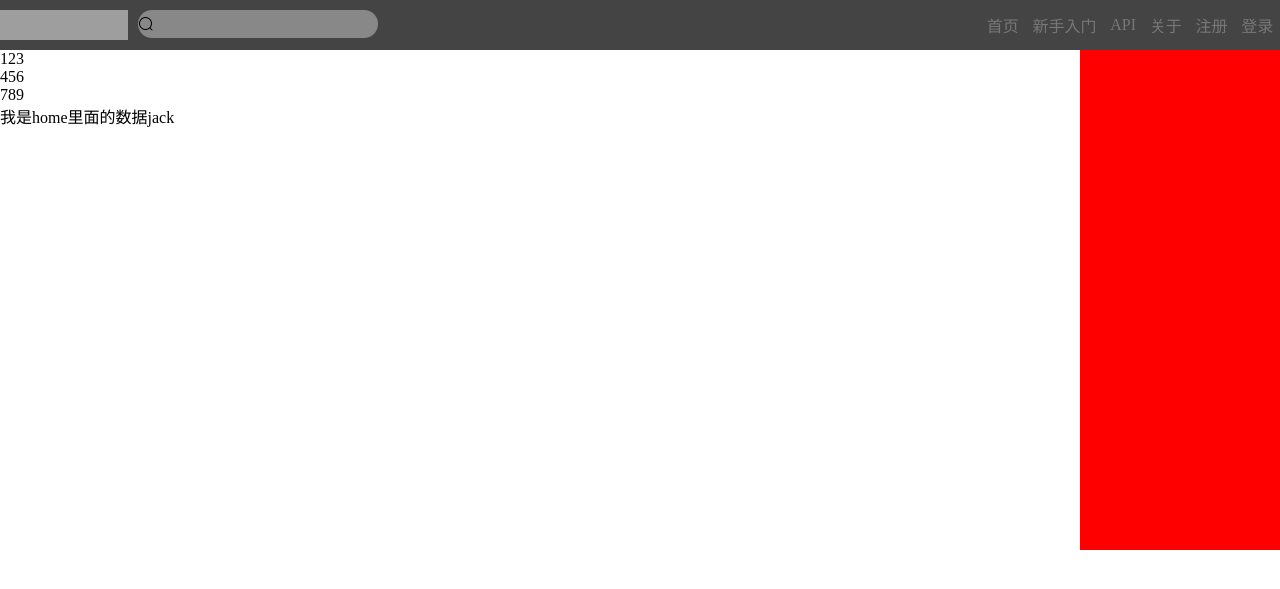
Repository: jinggegeZ/cnode
Page: /
An editor plug-in stored every save of this project. The page is shown before and after the next save, followed by the edit.
The browser window is 1280 px wide. The pictures show the whole page.
Pictures or frames that could not be fetched are drawn as grey boxes. The project was rebuilt for these pictures with package versions that can differ from the ones it lists, and the page was loaded fresh each time.

Above is the page before, as saved 2020-06-05 12:55:43.

After the next save:
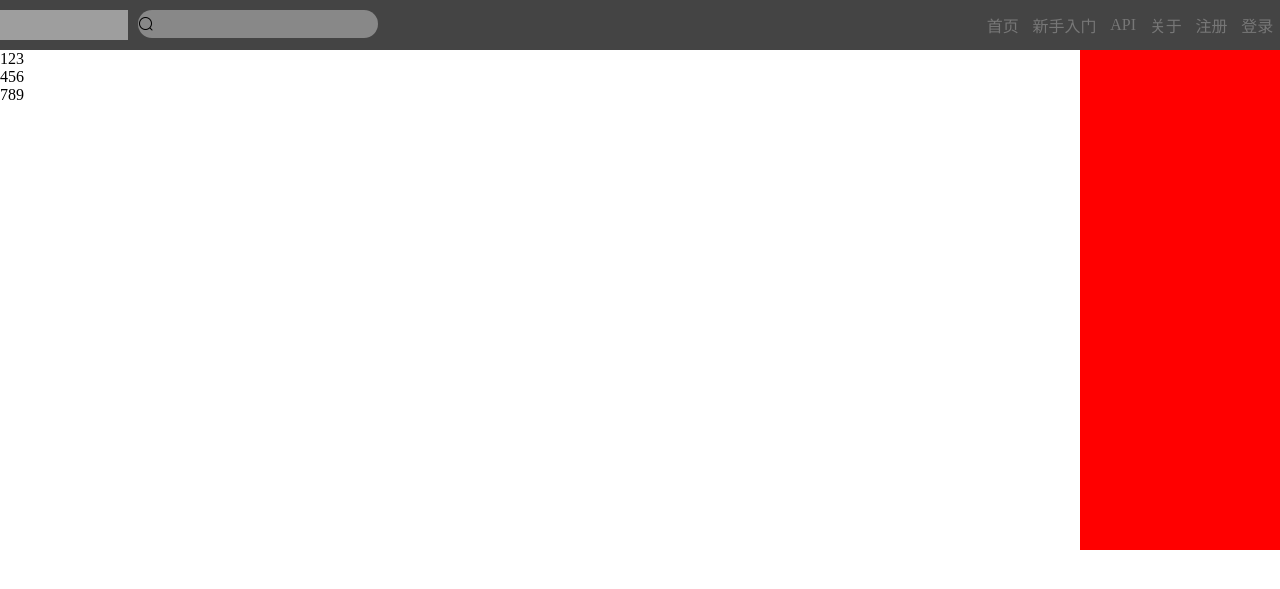
Saved 5 min 16 s later.
--- a/src/views/Home.vue
+++ b/src/views/Home.vue
@@ -3,7 +3,7 @@
   <div>123</div>
   <div>456</div>
   <div>789</div>
-  <div>我是home里面的数据{{name}}</div>
+
  </div>
 </template>
 
@@ -28,9 +28,7 @@
 
    },
    computed: {
-     name() {
-       return this.$store.state.name
-     }
+
    }
  }
 </script>
